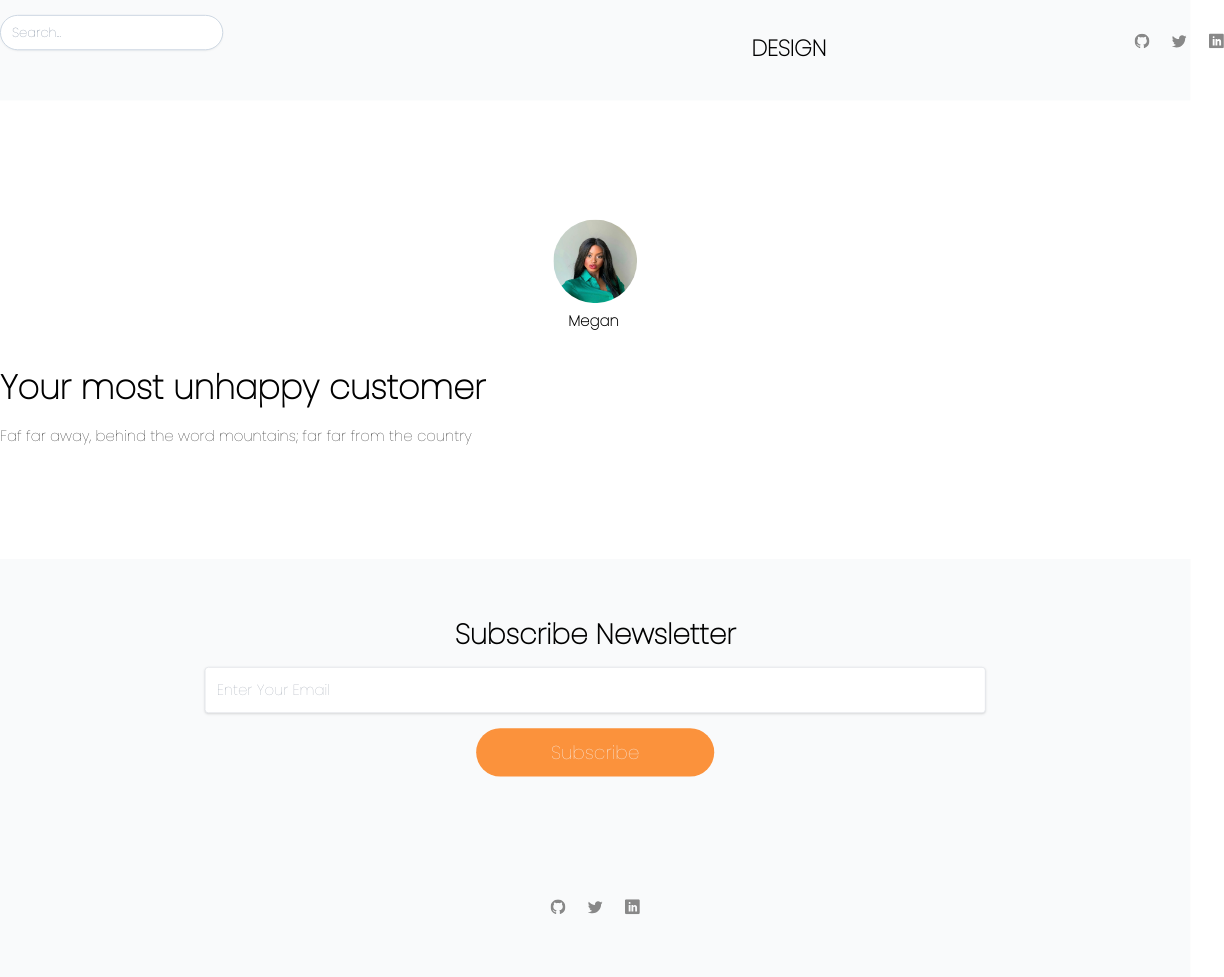
Repository: Megan74/blog5
Page: /posts/page
The author's editor kept a copy of each file at every save. The page is drawn from the files as they stood at one save, then again after the next save.
The browser window is 1280 px wide. The page is 1316 px wide, so the pictures cover 1316 px, including what lies to the right of the window. The pictures show the whole page, at 93% of full size.
The project was rebuilt for these pictures with package versions that can differ from the ones it lists, and the page was loaded fresh each time. The framework's server and built-in components were replaced by stand-ins that run in the browser. Also part of the build but not shown: next.config.js.

Above is the page before, as saved 2022-07-02 17:51:01.

### pages/posts/page.js
import Format from "../../layout/format";
import Author from "../../components/_child/author";


export default function Page() {

    return(
        <Format>
            <section className="container mx-auto md:px-2 py-16 w-1/2"></section>
            <div className="flex justify-center">
            <Author></Author>
           </div>

         <div className="post py-10">
            <h1 className="font-bold text-4xl text-cente  pb-5">Your most unhappy customer </h1>

            <p>Faf far away, behind the word mountains; far far from the country</p>


         </div>


        </Format>




    )
    }

### styles/globals.css
@import url('https://fonts.googleapis.com/css2?family=Poppins:wght@100&family=Roboto:ital,wght@1,300&display=swap');
@tailwind base;
@tailwind components;
@tailwind utilities;



* > * {
  font-family: 'Poppins', sans-serif;
}

.text-inline{
  @apply mt-1 block w-60 px-3 py-2 bg-white border border-slate-300 rounded-full text-sm shadow-sm placeholder-slate-500;
}

.social{
  display: block;
  background-size: 60px;
  transform: scale(1);
  width: 60px;
  height: 60px;
 }

.social:hover{
  transform: scale(1.2);
  transition: all 0.3s ease-in-out;
}

### layout/format.js
import Head from "next/head";
import Header from "../components/header";
import Footer from "../components/footer";


export default function format ({children}){
return (
      <>

      <Head>
        <title>Blog</title>
      </Head>

    <Header></Header>
    <main> {children}</main>
    <Footer></Footer>
    </>

)

}

### components/_child/author.js
import Image from "next/image";
import Link from "next/link";


export default function author () {
    return(

       <div classname="author flex py-5">
        <Image src={"/images/author/profile.JPG"} width={90} height={90} className="rounded-full"></Image>

        <div className="flex flex-col justify-center px-4">
            <Link href={"/"}><a className="text-md font-bold text-gray italic-font 800 hover:text-gray-600"> Megan</a></Link>

            <span className="text-sm text-gray-500"></span>
        </div>
       </div>
    )
}

### components/header.js
import { ImGithub, ImTwitter , ImLinkedin } from "react-icons/im";
import Link from 'next/link';


export default function header (){
return (
<header className="bg-gray-50">
<div className="xl:container xl:mx-auto flex flex-col item-center sm:flex-row sm:justify-between text-center py-3">
    <div className="md:flex-none w-96 order-2 sm:order-1 flex justify-center py-4 sm:py-0"></div>
<div>
    <input type="text" className="text-inline" placeholder="Search..."/>
</div>
<div className="shrink w-80 sm:order-2">
    <Link href={'/'}>
    <a className="font-bold uppercase mt-6 text-2xl flex flex-justify-center">Design</a>
    </Link>

</div>
<div className= "social mt-6 w-111 h-55 order-3 flex justify-center">
    <div className="flex gap-6">
        <Link href={'https://github.com/Megan74'}>
        <a><ImGithub color="888888"/></a>
        </Link>
        <Link href={'https://twitter.com/techiemeggy'}>
    <a><ImTwitter color="#888888"/></a>
    </Link>
    <Link href={'https://www.linkedin.com/in/megan-mat/'}>
    <a><ImLinkedin color="#888888"/></a>
    </Link>
</div>

</div>
</div>
</header>
)
}

### components/footer.js
import { ImGithub, ImTwitter , ImLinkedin } from "react-icons/im";
import Link from 'next/link';
import Newsletter from "./_child/newsletter";



export default function footer(){
    return(
 <footer className="bg-gray-50">
      <Newsletter></Newsletter>

    <div className="container mx-auto flex justify-center py-12">
      <div className="py-5">
         <div className="flex gap-6 justify-center">
         <Link href={'https://github.com/Megan74'}>
        <a><ImGithub color="888888"/></a>
        </Link>
        <Link href={'https://twitter.com/techiemeggy'}>
    <a><ImTwitter color="#888888"/></a>
    </Link>
    <Link href={'https://www.linkedin.com/in/megan-mat/'}>
    <a><ImLinkedin color="#888888"/></a>
    </Link>
      </div>



      </div>

    </div>


 </footer>
    )
}

### components/_child/newsletter.js

export default function newsletter(){
return(
 <section className="bg-gray-50 mt-20">


  <div className="container mx-auto md:px-20 py-16 text-center">
      <h1 className="font-bold text-3xl">Subscribe Newsletter</h1>
      <div className="py-4">
        <input type="text" className="shadow border rounded w-9/12 py-3 px-3 text-gray-700 focus:outline-none focus:shadow-outline" placeholder="Enter Your Email"></input>
      </div>
   <button className="bg-orange-400 px-20 py-3 rounded-full text-gray-50 text-xl">
     Subscribe
   </button>
  </div>
  </section>
)
}

Loaded but not shown: pages/_app.js (common file); tailwind.config.js (common file)

After the next save:
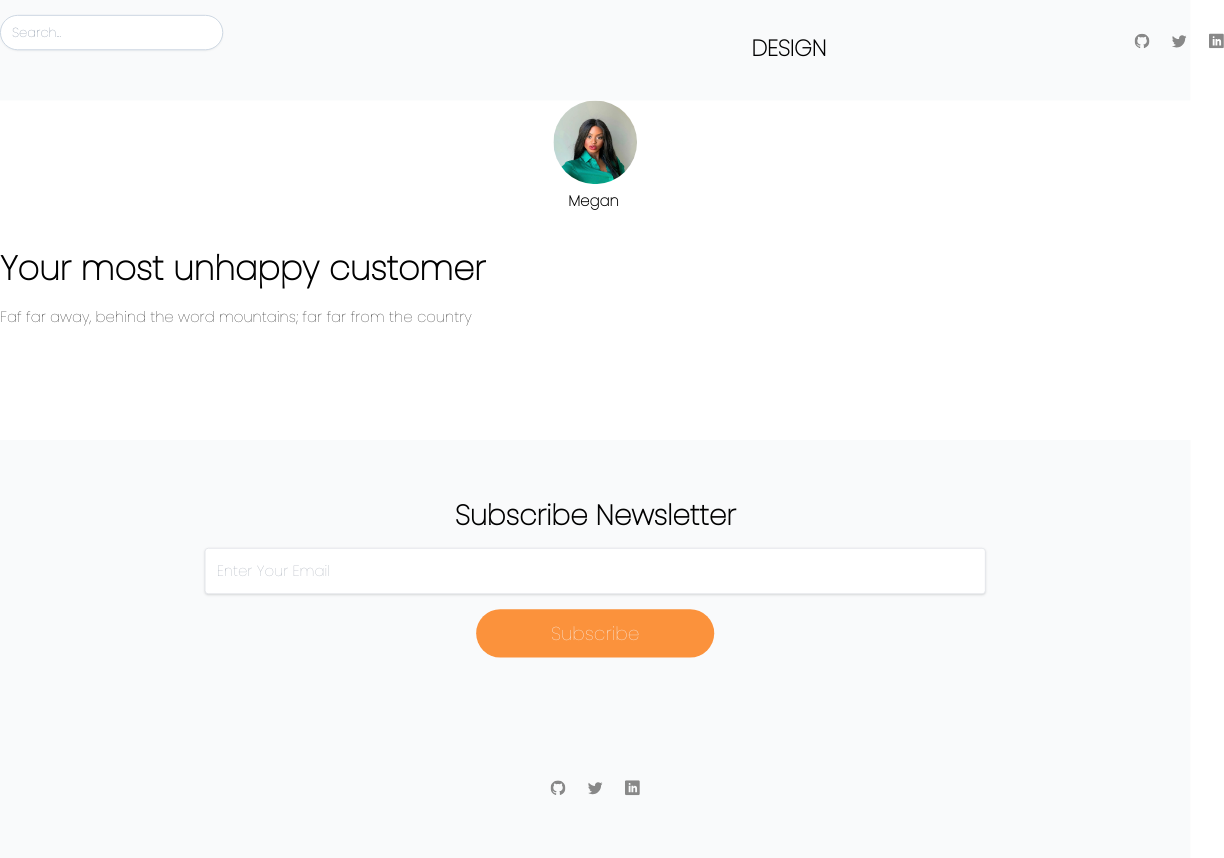
Saved 7 s later.
--- a/pages/posts/page.js
+++ b/pages/posts/page.js
@@ -6,7 +6,6 @@
 
     return(
         <Format>
-            <section className="container mx-auto md:px-2 py-16 w-1/2"></section>
             <div className="flex justify-center">
             <Author></Author>
            </div>

After the save that followed:
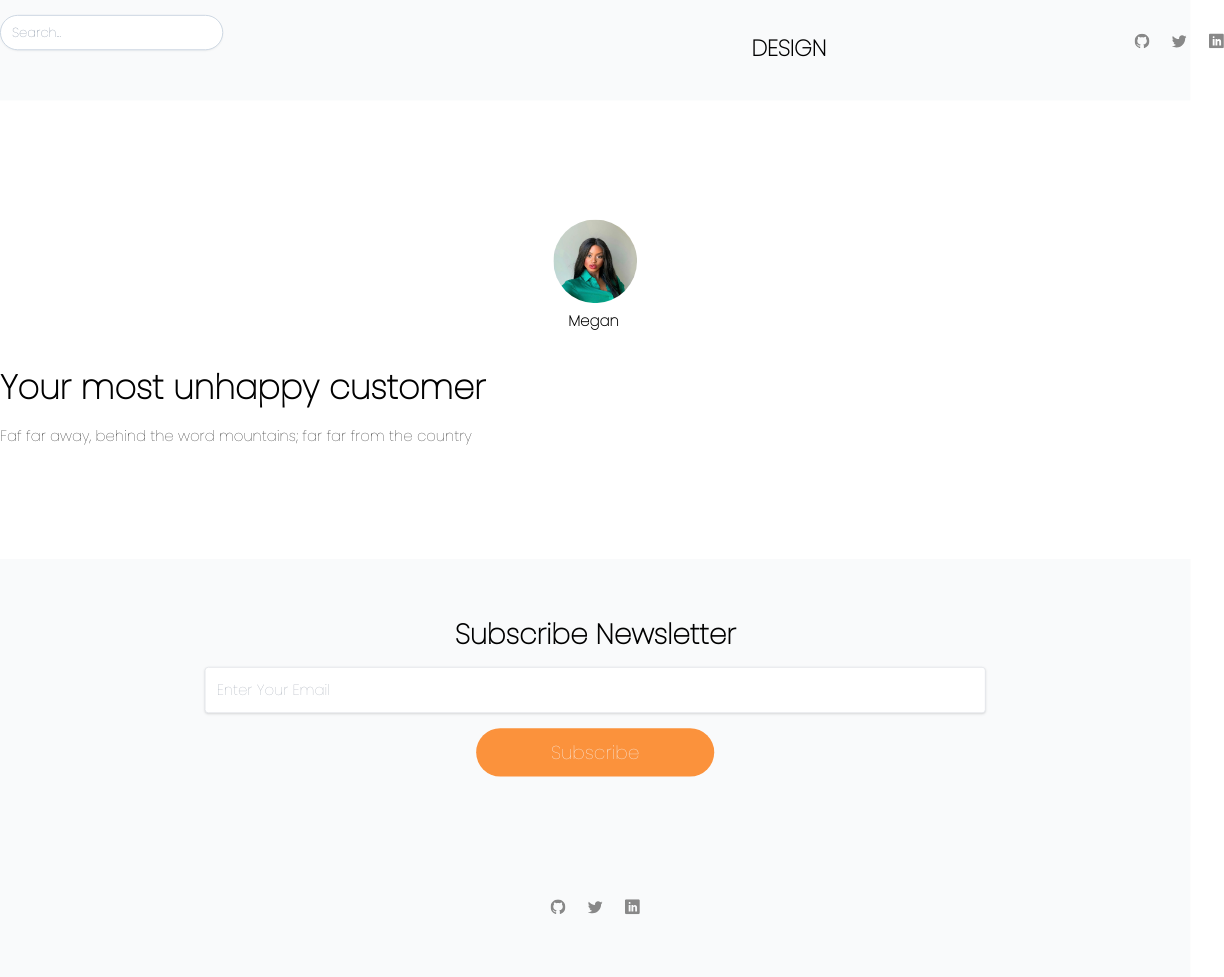
Saved 4 s later.
--- a/pages/posts/page.js
+++ b/pages/posts/page.js
@@ -6,6 +6,7 @@
 
     return(
         <Format>
+            <section className="container mx-auto md:px-2 py-16 w-1/2"></section>
             <div className="flex justify-center">
             <Author></Author>
            </div>
